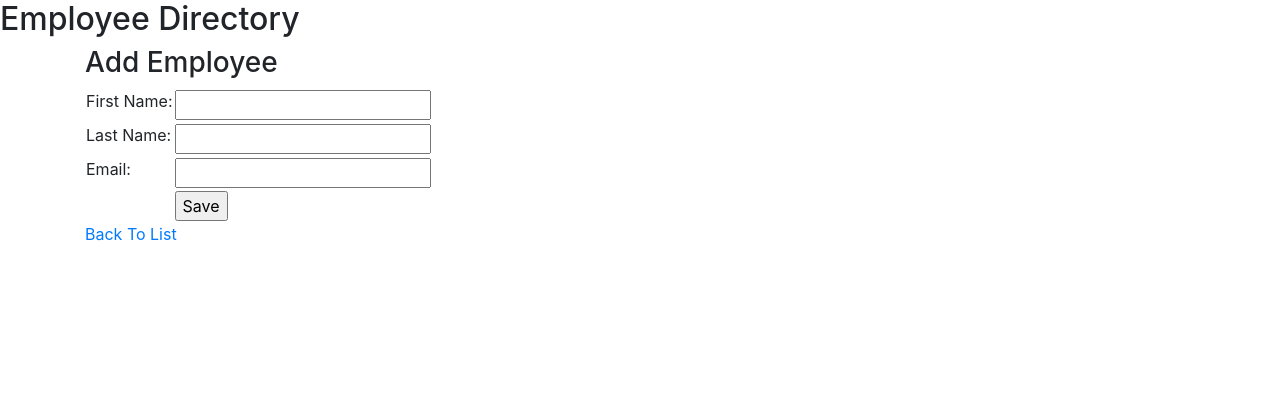
Repository: TChristian315/directory_app
Page: http://localhost/directoryapp/add-employee-form.jsp
An editor plug-in stored every save of this project. The page is shown before and after the next save, followed by the edit.
The browser window is 1280 px wide. The pictures show the whole page.
Some web libraries are served in a nearby version. The page is served by Tomcat 9. Other server files are loaded and not shown.

Above is the page before, as saved 2018-05-23 17:38:44.

### Workspaces/directoryapp/WebContent/add-employee-form.jsp
<%@ page language="java" contentType="text/html; charset=ISO-8859-1"
    pageEncoding="ISO-8859-1"%>
<!DOCTYPE html PUBLIC "-//W3C//DTD HTML 4.01 Transitional//EN" "http://www.w3.org/TR/html4/loose.dtd">
<html>
<head>
<meta http-equiv="Content-Type" content="text/html; charset=ISO-8859-1">
<link rel="stylesheet" href="https://maxcdn.bootstrapcdn.com/bootstrap/4.0.0/css/bootstrap.min.css" integrity="sha384-Gn5384xqQ1aoWXA+058RXPxPg6fy4IWvTNh0E263XmFcJlSAwiGgFAW/dAiS6JXm" crossorigin="anonymous">

<title>Add Employee</title>
</head>
<body>

	<div id="wrapper">
		<div class="header">
			<h2>Employee Directory</h2>
		</div>
	</div>

	<div class="container">
		<h3>Add Employee</h3>

		<form action="EmployeeControllerServlet" method="POST">

			<input type="hidden" name="command" value="ADD" />

			<table>
				<tbody>
					<tr>
						<td><label>First Name:</label></td>
						<td><input type="text" name="firstName" /></td>
					</tr>

					<tr>
						<td><label>Last Name:</label></td>
						<td><input type="text" name="lastName" /></td>
					</tr>

					<tr>
						<td><label>Email:</label></td>
						<td><input type="text" name="email" /></td>
					</tr>
					<tr>
						<td><label></label></td>
						<td><input type="submit" value="Save" class="save" /></td>
				</tbody>
			</table>
		</form>

		<div style="clear:both;"></div>

		<p>
			<a href="EmployeeControllerServlet">Back To List</a>

	</div>

	<script src="https://code.jquery.com/jquery-3.2.1.slim.min.js" integrity="sha384-KJ3o2DKtIkvYIK3UENzmM7KCkRr/rE9/Qpg6aAZGJwFDMVNA/GpGFF93hXpG5KkN" crossorigin="anonymous"></script>
	<script src="https://cdnjs.cloudflare.com/ajax/libs/popper.js/1.12.9/umd/popper.min.js" integrity="sha384-ApNbgh9B+Y1QKtv3Rn7W3mgPxhU9K/ScQsAP7hUibX39j7fakFPskvXusvfa0b4Q" crossorigin="anonymous"></script>
	<script src="https://maxcdn.bootstrapcdn.com/bootstrap/4.0.0/js/bootstrap.min.js" integrity="sha384-JZR6Spejh4U02d8jOt6vLEHfe/JQGiRRSQQxSfFWpi1MquVdAyjUar5+76PVCmYl" crossorigin="anonymous"></script>

</body>
</html>

After the next save:
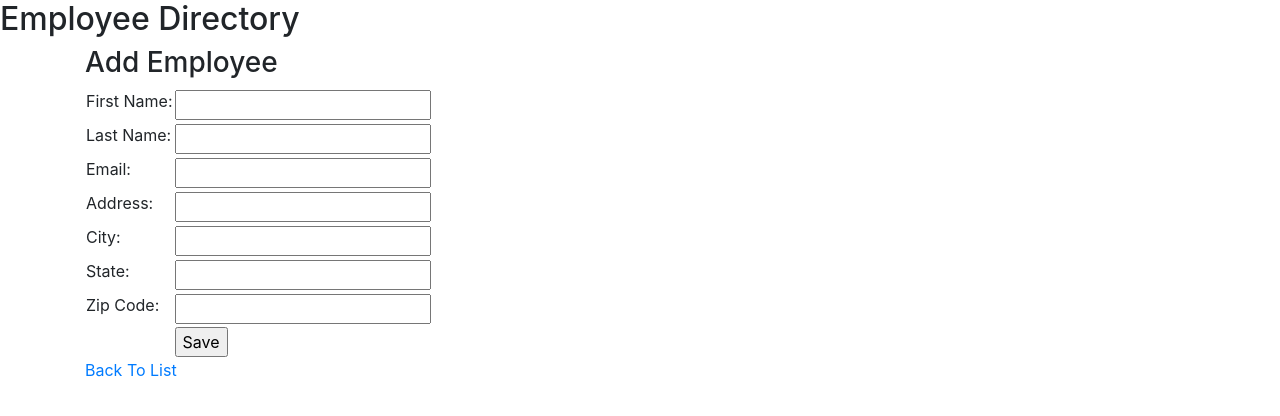
Saved 97 s later.
--- a/Workspaces/directoryapp/WebContent/add-employee-form.jsp
+++ b/Workspaces/directoryapp/WebContent/add-employee-form.jsp
@@ -40,6 +40,22 @@
 						<td><input type="text" name="email" /></td>
 					</tr>
 					<tr>
+						<td><label>Address:</label></td>
+						<td><input type="text" name="address" /></td>
+					</tr>
+					<tr>
+						<td><label>City:</label></td>
+						<td><input type="text" name="city" /></td>
+					</tr>
+					<tr>
+						<td><label>State:</label></td>
+						<td><input type="text" name="state" /></td>
+					</tr>
+					<tr>
+						<td><label>Zip Code:</label></td>
+						<td><input type="text" name="zipCode" /></td>
+					</tr>
+					<tr>
 						<td><label></label></td>
 						<td><input type="submit" value="Save" class="save" /></td>
 				</tbody>
